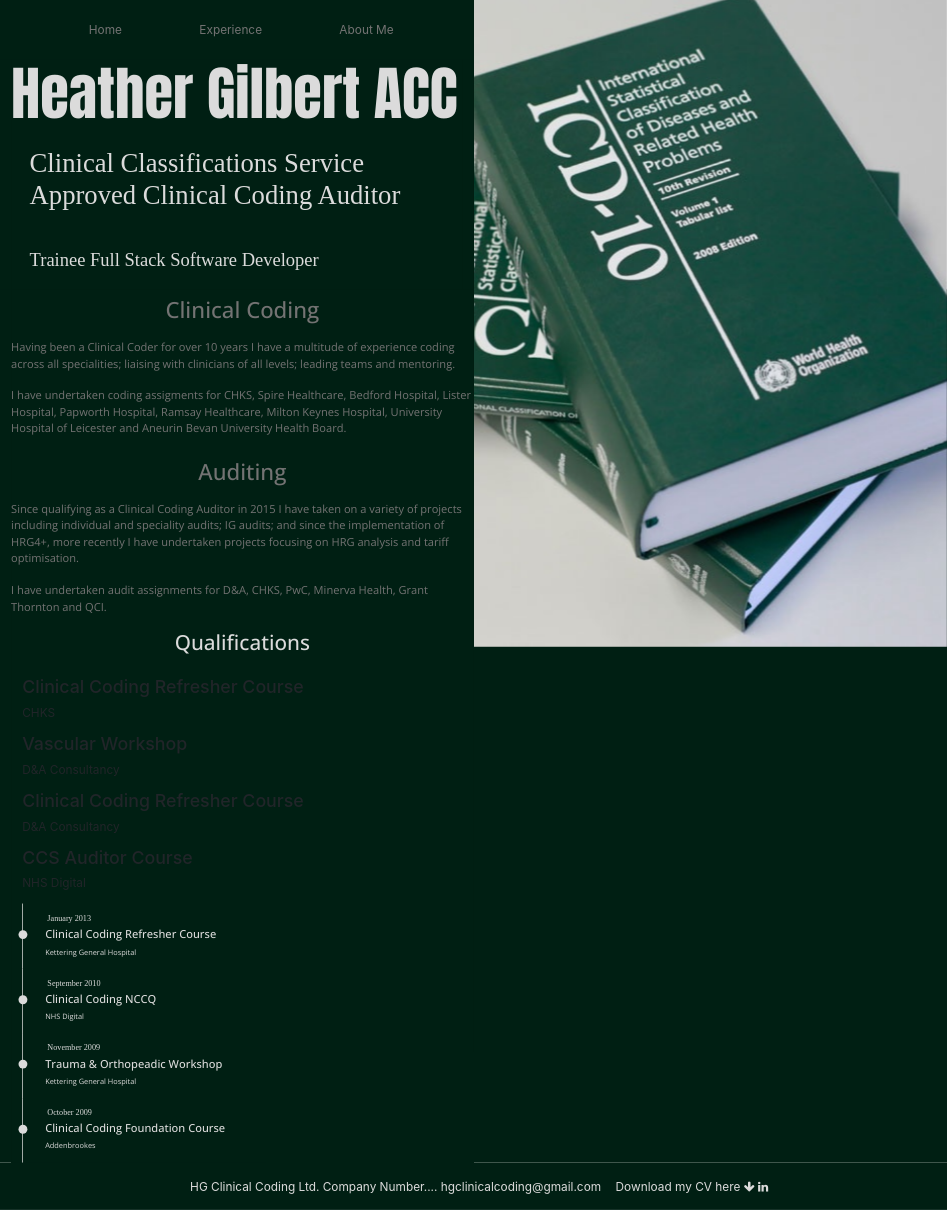
Repository: Code-Institute-Submissions/fsd-ms-project1-resume
Page: resume.html
The author's editor kept a record of every edit. The page is drawn from the files as they stood at one moment, then again after the next edit.
The browser window is 1280 px wide. The pictures show the whole page, at 74% of full size.
Some web fonts or font styles are not loaded; a fallback is used.

Above is the page before.

### resume.html
<!DOCTYPE html>
<html lang="en">

<head>
    <meta charset="UTF-8">
    <meta name="viewport" content="width=device-width, initial-scale=1.0">
    <meta http-equiv="X-UA-Compatible" content="ie=edge">
    <link rel="stylesheet" href="https://stackpath.bootstrapcdn.com/bootstrap/4.3.1/css/bootstrap.min.css" type="text/css" />
    <link rel="stylesheet" href="https://stackpath.bootstrapcdn.com/font-awesome/4.7.0/css/font-awesome.min.css" type="text/css" />
    <link rel="stylesheet" href="https://cdnjs.cloudflare.com/ajax/libs/hover.css/2.3.1/css/hover-min.css" type="text/css" />
    <link rel="stylesheet" href="assets/css/style.css" />
    <title>Heather Gilbert ACC</title>
</head>

<body>
    <img src="assets/images/icd.jpg" class="image col-md-6 bg-color no gutters" align="right"></img>
    <header>
        <nav class="col-md-6 no-gutters bg-color navbar">
            <a href="index.html" class="navbar-text">Home</a>
            <a href="resume.html" class="navbar-text">Experience</a>
            <a href="about.html" class="navbar-text">About Me</a>

        </nav>

    </header>
    <div class="col-md-6 main-name ">
        <div class="row bg-color no-gutters ">
            <div class="col heading ">
                <h1 class="name ">Heather Gilbert ACC</h1>
                <h3 class="title ">Clinical Classifications Service Approved Clinical Coding Auditor</h3>
                <h5 class="title2 ">Trainee Full Stack Software Developer</h5>
            </div>
        </div>
    </div>


    <section class="container-fluid">
        <div class="col-md-6 bg-color">
            <div class="row">
                <div>
                    <h4 class="coding-title">Clinical Coding</h4>
                    <p class="coding">
                        Having been a Clinical Coder for over 10 years I have a multitude of experience coding across all specialities; liaising with clinicians of all levels; leading teams and mentoring. </p>
                    <p class="coding">
                        I have undertaken coding assigments for CHKS, Spire Healthcare, Bedford Hospital, Lister Hospital, Papworth Hospital, Ramsay Healthcare, Milton Keynes Hospital, University Hospital of Leicester and Aneurin Bevan University Health Board.
                    </p>
                </div>
                <div>
                    <h4 class="audit-title">Auditing</h4>
                    <p class="audit">
                        Since qualifying as a Clinical Coding Auditor in 2015 I have taken on a variety of projects including individual and speciality audits; IG audits; and since the implementation of HRG4+, more recently I have undertaken projects focusing on HRG analysis
                        and tariff optimisation.</p>
                    <p class="audit">
                        I have undertaken audit assignments for D&A, CHKS, PwC, Minerva Health, Grant Thornton and QCI.
                    </p>
                </div>
            </div>
            <div class="row">
                <div class="col-md-12">
                    <div class="row">
                        <div class="col-12">
                            <h3 class="qualifications-heading">
                                Qualifications
                            </h3>
                        </div>
                    </div>
                    <div class="history-items">
                        <div class="timeline-item" data-dates="May 2019">
                            <h4>Clinical Coding Refresher Course</h4>
                            <p>CHKS</p>
                        </div>
                        <div class="timeline-item" data-dates="September 2018">
                            <h4>Vascular Workshop </h4>
                            <p>D&A Consultancy</p>
                        </div>
                        <div class="timeline-item" data-dates="April 2016">
                            <h4>Clinical Coding Refresher Course</h4>
                            <p>D&A Consultancy</p>
                        </div>
                        <div class="timeline-item" data-dates="June 2015">
                            <h4>CCS Auditor Course</h4>
                            <p>NHS Digital</p>
                        </div>
                        <div class="timeline-data" data-dates="January 2013">
                            <h4>Clinical Coding Refresher Course</h4>
                            <p>Kettering General Hospital</p>
                        </div>
                        <div class="timeline-data" data-dates="September 2010">
                            <h4>Clinical Coding NCCQ</h4>
                            <p>NHS Digital</p>
                        </div>
                        <div class="timeline-data" data-dates="November 2009">
                            <h4>Trauma & Orthopeadic Workshop</h4>
                            <p>Kettering General Hospital</p>
                        </div>
                        <div class="timeline-data" data-dates="October 2009">
                            <h4>Clinical Coding Foundation Course</h4>
                            <p>Addenbrookes</p>
                        </div>
                    </div>
                </div>
            </div>
    </section>



    <footer class="container-fluid no gutters">
        <div id="footer-details" class="row">
            <div class="col-sm-12 inline-block">
                <span class="col-sm-6">HG Clinical Coding Ltd. Company Number.... hgclinicalcoding@gmail.com</span>
                <span col-sm-6>Download my CV here</span>
                <a href="assets/CV/CV_2018.pdf" target="_blank" class="cv-pdf">
                       <i class="fa fa-arrow-down" aria-hidden="true"></i>
                       <span class="sr-only">Download link.</span>
                   </a>
                <span class="list-inline-item">
                    <a target="_blank" href="#">
                           <i class="fa fa-linkedin" aria-hidden="true"></i>
                           <span class="sr-only">LinkedIn</span>
                </a>
                </span>
                </ul>
            </div>
        </div>

    </footer>

</body>

</html>

### assets/css/style.css
@import url('https://fonts.googleapis.com/css?family=Anton:100,200,300,400,500,600,700|Enriqueta:100,200,300,400,500,600,700|Open+Sans:100,200,300,400,500,600,700|Roboto:100,200,300,400,500,600,700 &display=swap');


/*-----------------------------------------Colours*/

.bg-color {
    background-color:#001f13;
}



.image {
    padding:0;
    margin-bottom:60px;
    position:sticky;
    top:0;
}



/*-----------------------------------------Special paddings/margins/text*/


/*-----------------------------------------Header*/

.navbar {
    display:block;
    padding:20px;

}

.navbar-text {
    padding-left: 100px;
    color:#737373;
}



.name {
    font-family: 'Anton', sans-serif;
    font-size: 79px;
    margin:0;
    color:#dbdbdb;
    padding:0px;
}

.title {
    font-family: 'Enriqueta', serif;
    font-size: 36px;
    margin: 0px;
    color:#dbdbdb;
    padding:25px;
}

.title2 {
    font-family: 'Enriqueta', serif;
    font-size:25px;
    margin:0px;
    color:#dbdbdb;
    padding:25px;
}

/*-----------------------------------------Hover.css*/

a:hover {
    color:#dbdbdb;
    text-decoration: none;
}

/*-----------------------------------------Footer*/

footer {
    background-color: #001f13;
    color:#dbdbdb;
    min-height:50px;
    margin: 0;
    text-align:center;
}

.company-name {
    margin:0;
    padding:0;
}

.company-details {
    font-size:10px;
    margin:0;
    padding:0;
}

#footer-details {
    padding: 20px;
}

.fa {
    color:#dbdbdb;
}


/*-----------------------------------------Main Page Summary*/

.blurb {
    font-family: 'Open Sans', sans-serif;
    font-size:14px;
    color:#737373;
    margin:0px;
    padding:25px;
}

section {
    background-color: #001f13;
    margin: 0;
}

.main-name {
    background-color: #001f13;
    margin: 0;
}

.blurb-text {
    margin:15px;
    text-align: center;
    margin-left:25px;
}


/*-----------------------------------------Work / Education History*/

.work-section {
    text-align:center;
}


.bg-resume {
    margin:0;
    padding:0;
}

.coding-title, .audit-title {
    font-family: 'Open Sans', sans-serif;
    color:#737373;
    margin-bottom: 10px;
    margin-top: 10px;
    padding-bottom:10px;
    font-size: 30px;
    font-weight: 500;
    text-align: center;

}



.coding {
    font-family: 'Open Sans', sans-serif;
    color:#737373;
    margin-bottom: 10px;
    padding-bottom:10px;
    font-size: 15px;
}


.audit {
    font-family: 'Open Sans', sans-serif;
    color:#737373;
    margin-bottom: 10px;
    margin-top:10px;
    padding-bottom:10px;
    font-size:15px;
}

.qualifications-heading {
    color: #dbdbdb;
    margin-bottom: 30px;
    text-align: center;
    font-family: 'Open Sans', sans-serif;
    font-weight: 500;
}



/*dates of timeline*/

.timeline-data:before {
    content: attr(data-dates);
    position: absolute;
    left: 3em;
    top: 1em;
    display: block;
    font-family:'Enriqueta', serif;
    font-size: 11px;
}


/*dots on timeline*/

.timeline-data:after {
    width: 12px;
    height: 12px;
    display: block;
    top: 2.4em;
    position: absolute;
    left: -6px;
    border-radius: 12px;
    content: "";
    background: #dbdbdb;
}

/*timeline writing*/

.timeline-data {
    padding: 1.5em 2em 1em 2em;
    position: relative;
    color: #dbdbdb;
    border-left: 1.5px solid;
    font-size:15px;
}

.timeline-data p {
    padding: 0;
    margin: 0;
    font-family: 'Open Sans', sans-serif;
    font-size: 10px;
}

.timeline-data h4 {
    font-family: 'Open Sans', sans-serif;
    font-size:15px;
    margin-top:7px;
    padding-top: 2px;
}


/*-----------------------------------------About Me*/

.about-title {
    color: #737373;
    margin:0;
    padding:10px;
    font-size:20px;
    font-weight:500;
}

.about-item {
    color: #737373;
    margin:0;
    padding:5px;
    font-size:15px;
}




/*-----------------------------------------Contact Form*/


.form {
    display:inline;
    padding:0;
}

.form-control {
    display:block;
    padding-left:10px;
}


button[type="submit"] {
    margin-top: 15px;
    margin-bottom: 20px;
    background-color: #b3cccc;
    align:center;
}

.form-thanks {
    color: #737373;
    text-align: center;
}


/*-----------------------------------------Media Queries*/

@media(min-width: 992px) {
    .form {
        padding-top: 30px;
        min-height:240px;
        margin: 0 auto;
        max-width: 50%;
    }

After the next edit:
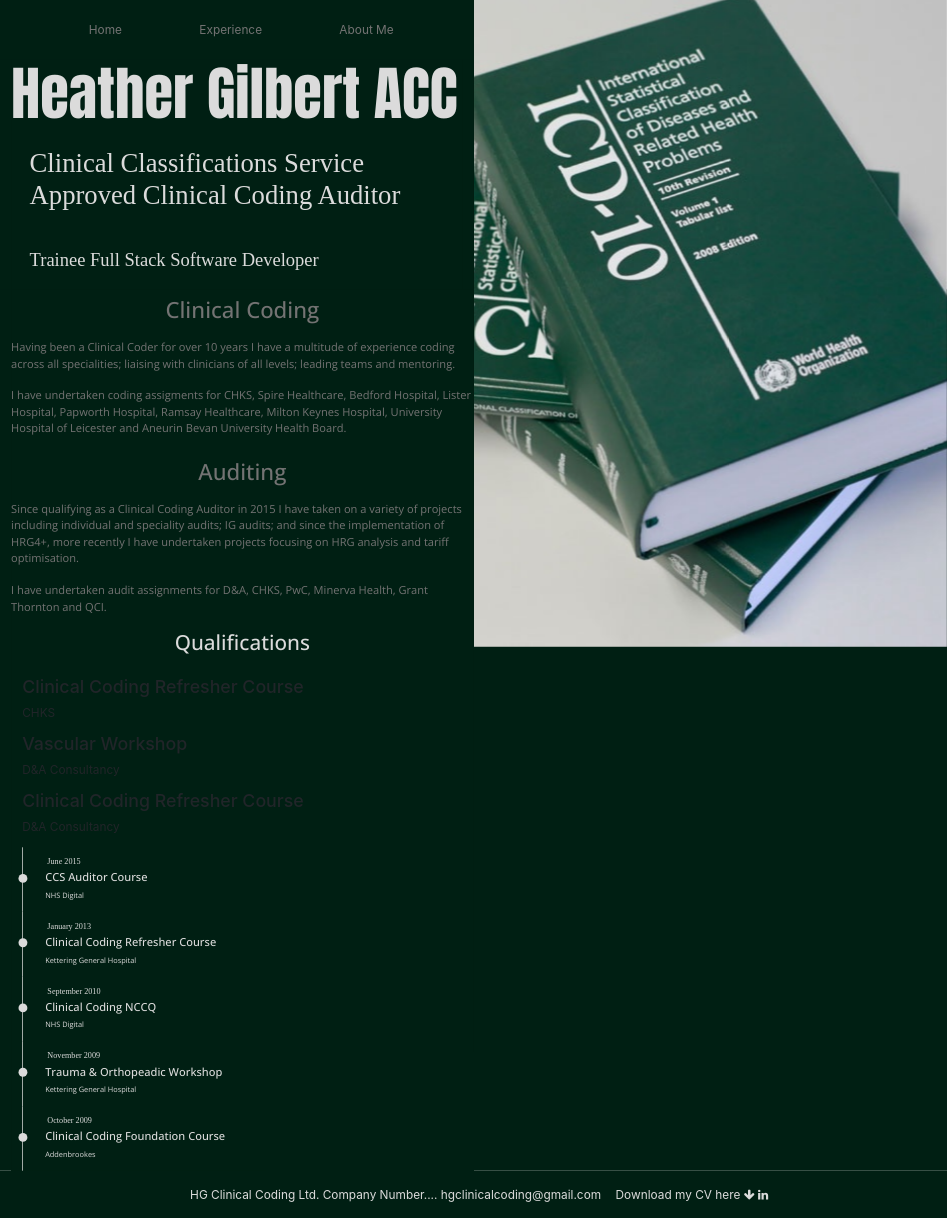
The edit:
--- a/resume.html
+++ b/resume.html
@@ -77,7 +77,7 @@
                             <h4>Clinical Coding Refresher Course</h4>
                             <p>D&A Consultancy</p>
                         </div>
-                        <div class="timeline-item" data-dates="June 2015">
+                        <div class="timeline-data" data-dates="June 2015">
                             <h4>CCS Auditor Course</h4>
                             <p>NHS Digital</p>
                         </div>
